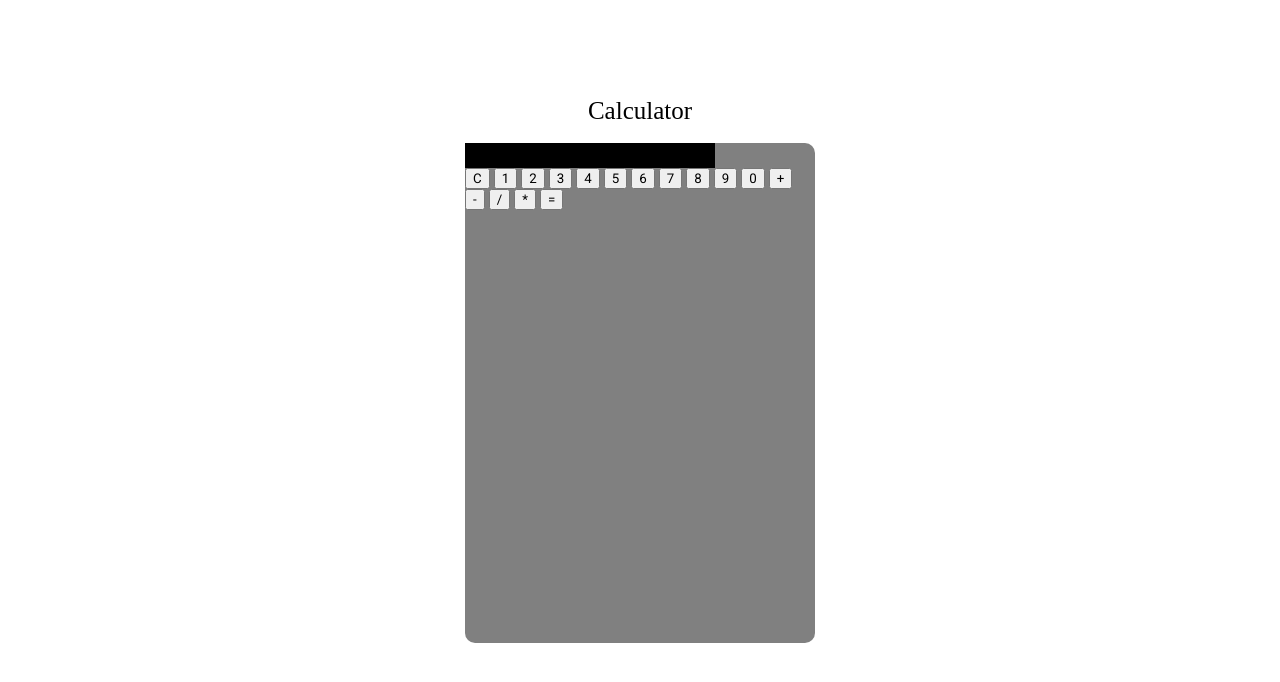
Repository: Gibon9/SimpleCalc
Page: index.html
These files come from the project's save history. The page is drawn as it stood at one moment and after the next save; the edit follows.
The browser window is 1280 px wide. The pictures show the whole page.
Some web fonts or font styles are not loaded; a fallback is used.

Above is the page before, as saved 2020-11-25 20:57:03.

After the next save:
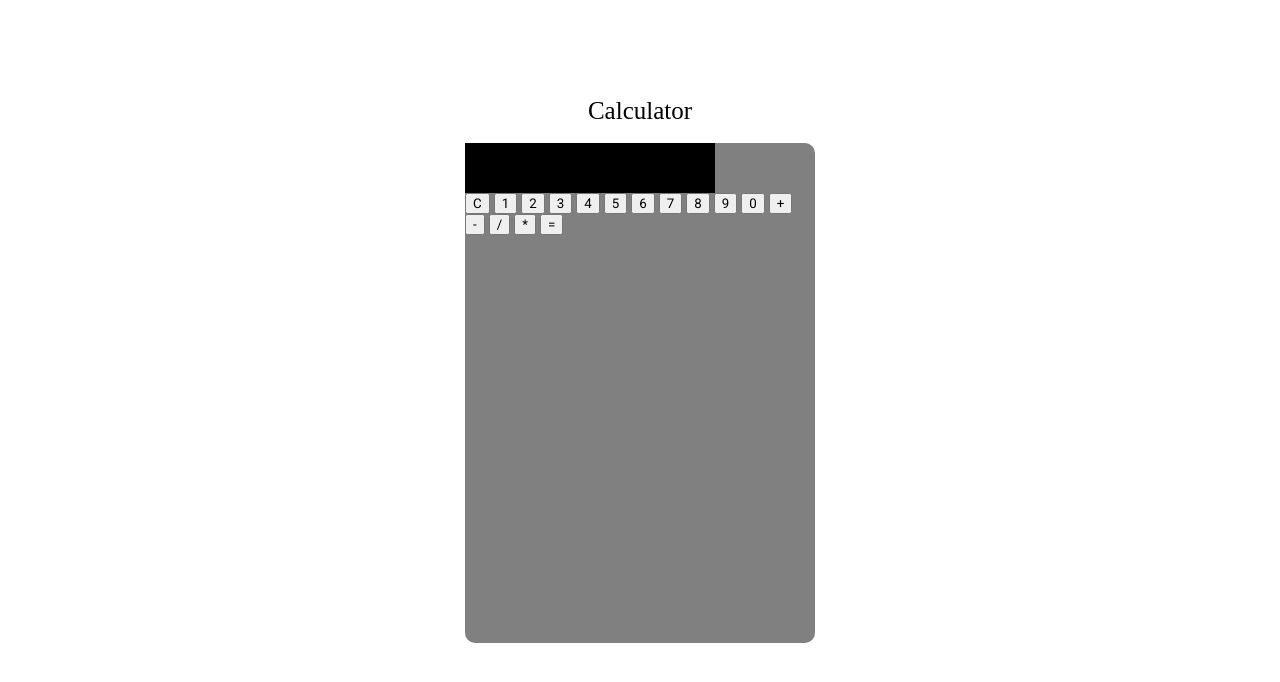
Saved 18 s later.
--- a/style/style.css
+++ b/style/style.css
@@ -39,7 +39,7 @@
 
 .calc-display {
   width: 250px;
-  height: 25px;
+  height: 50px;
   background-color: var(--display-color);
   color: var(--primary-color);
 }
